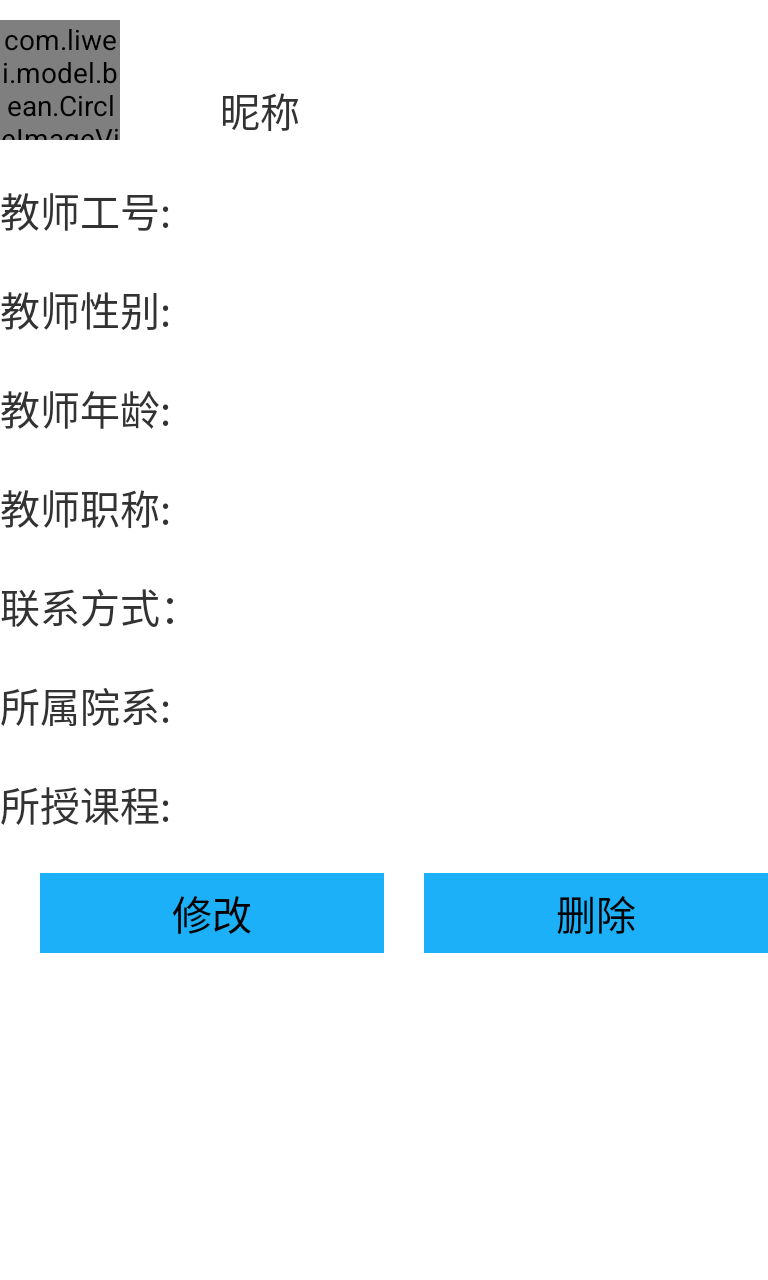
Repository: 15862175370/MyProject
Layout: 毕业设计系统源码_李伟/client/TeachSystem/res/layout/serchteacher_item.xml
An editor plug-in stored every save of this project. The layout is shown before and after the next save, followed by the edit.
Pictures or frames that could not be fetched are drawn as grey boxes. It is drawn on a 768 x 1280 px phone screen (xhdpi) without system bars, with theme AppTheme; the app's code is not run.

Above is the layout before, as saved 2016-05-20 13:44:33.

### 毕业设计系统源码_李伟/client/TeachSystem/res/layout/serchteacher_item.xml
<?xml version="1.0" encoding="utf-8"?>
<LinearLayout xmlns:android="http://schemas.android.com/apk/res/android"
    android:layout_width="match_parent"
    android:layout_height="match_parent"
    android:orientation="vertical" >

 <LinearLayout
        android:layout_width="match_parent"
        android:layout_height="wrap_content"
        android:layout_marginTop="10dp"
        android:orientation="horizontal" >

        <com.liwei.model.bean.CircleImageView
            android:id="@+id/mytecher_icon"
            android:layout_width="60dp"
            android:layout_height="60dp"
            android:src="@drawable/bar1" />

        <TextView
            android:id="@+id/myteacher_tname"
            android:layout_width="wrap_content"
            android:layout_height="wrap_content"
            android:layout_marginLeft="50dp"
            android:layout_marginTop="30dp"
            android:text="昵称"
            android:textSize="20dp" />
    </LinearLayout>
 <LinearLayout
     android:id="@+id/cno_linearlayout"
      android:layout_width="match_parent"
        android:layout_height="wrap_content"
        android:orientation="horizontal"
        android:layout_marginTop="20dp"
        >
        <TextView
         android:id="@+id/teacher_tn"
         android:layout_width="wrap_content"
         android:layout_height="wrap_content"
         android:textSize="20dp"
         android:text="教师工号:"/>
        <TextView
            android:layout_marginLeft="10dp"
            android:id="@+id/myteacher_tno"
         android:layout_width="match_parent"
         android:layout_height="wrap_content"
          android:textSize="20dp"

            />

    </LinearLayout>


     <LinearLayout
     android:id="@+id/cname_linearlayout"
      android:layout_width="match_parent"
        android:layout_height="wrap_content"
        android:orientation="horizontal"
        android:layout_marginTop="20dp"

        >
        <TextView
         android:id="@+id/teacher_se"
         android:layout_width="wrap_content"
         android:layout_height="wrap_content"
         android:textSize="20dp"
         android:text="教师性别:"/>
        <TextView
              android:layout_marginLeft="10dp"
            android:id="@+id/myteacher_sex"
         android:layout_width="match_parent"
         android:layout_height="wrap_content"
          android:textSize="20dp"

            />

    </LinearLayout>


      <LinearLayout
     android:id="@+id/ctime_linearlayout"
      android:layout_width="match_parent"
        android:layout_height="wrap_content"
        android:orientation="horizontal"
        android:layout_marginTop="20dp"

        >
        <TextView
         android:id="@+id/mytea"
         android:layout_width="wrap_content"
         android:layout_height="wrap_content"
         android:textSize="20dp"
         android:text="教师年龄:"/>
        <TextView
              android:layout_marginLeft="10dp"
            android:id="@+id/myteacher_age"
         android:layout_width="match_parent"
         android:layout_height="wrap_content"
          android:textSize="20dp"

            />

    </LinearLayout>


       <LinearLayout
     android:id="@+id/cadress_linearlayout"
      android:layout_width="match_parent"
        android:layout_height="wrap_content"
        android:orientation="horizontal"
        android:layout_marginTop="20dp"

        >
        <TextView
         android:id="@+id/myteacher_pro"
         android:layout_width="wrap_content"
         android:layout_height="wrap_content"
         android:textSize="20dp"
         android:text="教师职称:"/>
        <TextView
              android:layout_marginLeft="10dp"
            android:id="@+id/teacher_prof"
         android:layout_width="match_parent"
         android:layout_height="wrap_content"
          android:textSize="20dp"

            />

    </LinearLayout>

        <LinearLayout
     android:id="@+id/content_linearlayout"
      android:layout_width="match_parent"
        android:layout_height="wrap_content"
        android:orientation="horizontal"
        android:layout_marginTop="20dp"

        >
        <TextView
         android:id="@+id/teacher_phone"
         android:layout_width="wrap_content"
         android:layout_height="wrap_content"
         android:textSize="20dp"
         android:text="联系方式："/>
        <TextView
              android:layout_marginLeft="10dp"
            android:id="@+id/myteacher_phone"
         android:layout_width="match_parent"
         android:layout_height="wrap_content"
          android:textSize="20dp"

            />

    </LinearLayout>

         <LinearLayout
     android:id="@+id/teacher_linearlayout"
      android:layout_width="match_parent"
        android:layout_height="wrap_content"
        android:orientation="horizontal"
        android:layout_marginTop="20dp"

        >
        <TextView
         android:id="@+id/teacher_textview"
         android:layout_width="wrap_content"
         android:layout_height="wrap_content"
         android:textSize="20dp"
         android:text="所属院系:"/>
        <TextView
              android:layout_marginLeft="10dp"
            android:id="@+id/myteacher_dept"
         android:layout_width="match_parent"
         android:layout_height="wrap_content"
          android:textSize="20dp"

            />

    </LinearLayout>

            <LinearLayout
     android:id="@+id/teacher_linearlay"
      android:layout_width="match_parent"
        android:layout_height="wrap_content"
        android:orientation="horizontal"
        android:layout_marginTop="20dp"

        >
        <TextView
         android:id="@+id/teacher_te"
         android:layout_width="wrap_content"
         android:layout_height="wrap_content"
         android:textSize="20dp"
         android:text="所授课程:"/>
        <TextView
              android:layout_marginLeft="10dp"
            android:id="@+id/myteacher_course"
         android:layout_width="match_parent"
         android:layout_height="wrap_content"
          android:textSize="20dp"

            />

    </LinearLayout>

    <LinearLayout
           android:layout_height="wrap_content"
             android:layout_width="match_parent"
             android:layout_marginTop="20dp"
             android:orientation="horizontal"

            >
            <Button
                android:layout_weight="1"
             android:id="@+id/myteacher_change"
             android:layout_height="40dp"
               android:layout_width="0dp"
               android:background="#1bb0f8"
               android:textSize="20dp"
               android:text="修改"
               android:layout_marginRight="20dp"
                 android:layout_marginLeft="20dp"
                />
              <Button
                   android:layout_weight="1"
             android:id="@+id/myteacher_delete"
             android:layout_height="40dp"
               android:layout_width="0dp"
               android:background="#1bb0f8"
               android:textSize="20dp"
               android:text="删除"
                />
        </LinearLayout>

</LinearLayout>

Loaded but not shown: 毕业设计系统源码_李伟/client/TeachSystem/res/values/styles.xml (common file); 毕业设计系统源码_李伟/client/TeachSystem/res/values-v11/styles.xml (common file); 毕业设计系统源码_李伟/client/TeachSystem/res/values-v14/styles.xml (common file)

After the next save:
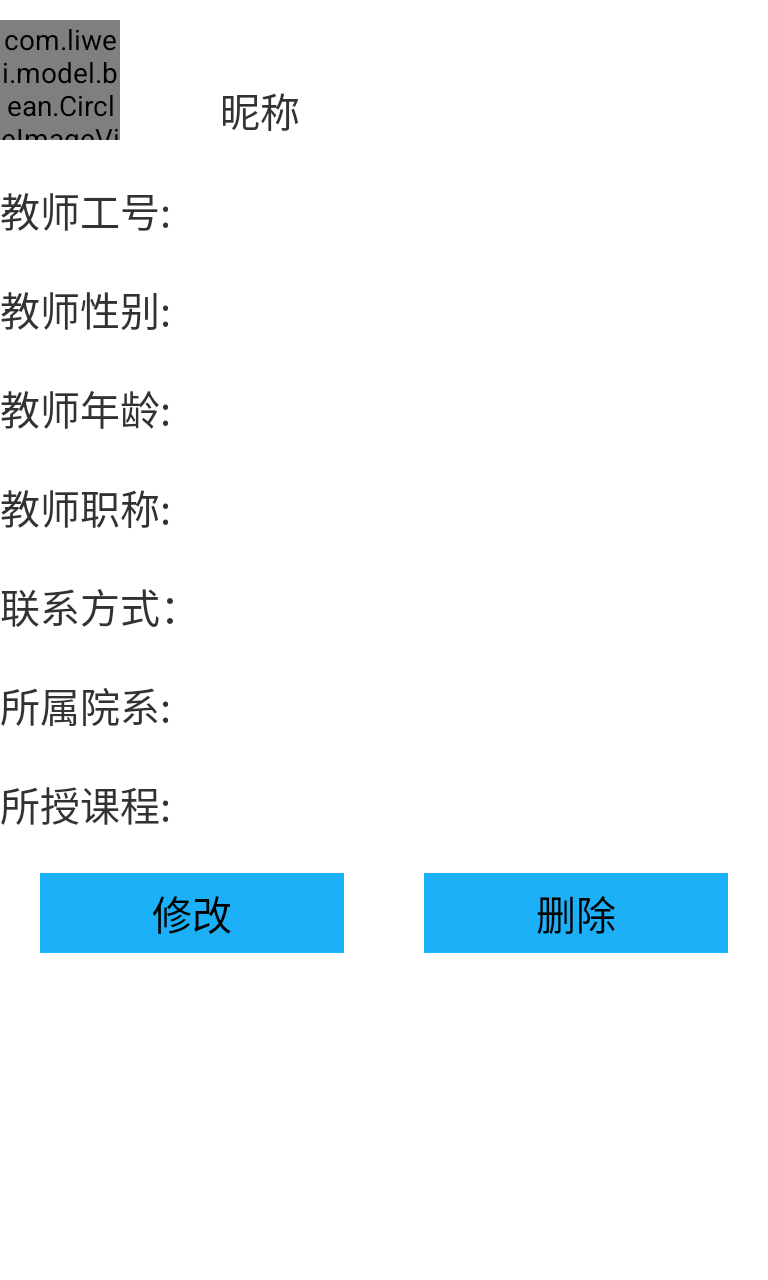
Saved 21 s later.
--- a/毕业设计系统源码_李伟/client/TeachSystem/res/layout/serchteacher_item.xml
+++ b/毕业设计系统源码_李伟/client/TeachSystem/res/layout/serchteacher_item.xml
@@ -221,6 +221,8 @@
                  android:layout_marginLeft="20dp"
                 />
               <Button
+                   android:layout_marginRight="20dp"
+                 android:layout_marginLeft="20dp"
                    android:layout_weight="1"
              android:id="@+id/myteacher_delete"
              android:layout_height="40dp"
